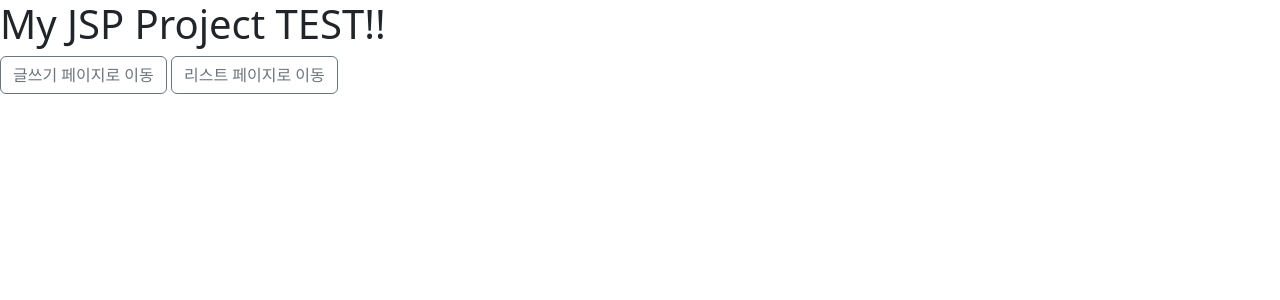
Repository: dlfhrrl12/jsptest
Page: http://localhost/jsp_study2/index.jsp
An editor plug-in stored every save of this project. The page is shown before and after the next save, followed by the edit.
The browser window is 1280 px wide. The pictures show the whole page.
The page is served by Tomcat 9.

Above is the page before, as saved 2024-04-17 01:01:55.

After the next save:
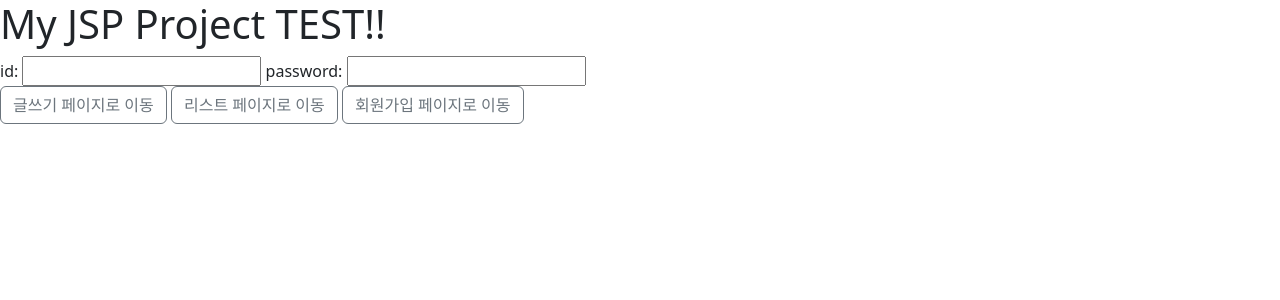
Saved 9 min 58 s later.
--- a/jsp_study2/src/main/webapp/index.jsp
+++ b/jsp_study2/src/main/webapp/index.jsp
@@ -10,7 +10,17 @@
 </head>
 <body>
 	<h1>My JSP Project TEST!!</h1>
+	<!--
+		method get => 주소표시줄에 ? 쿼리시트링을 달고 이동
+		method post => 별도의 저장공간에 담아서 이동 (보안, 많은 데이터를 이동시)
+	 -->
+	 <form action="" method="post">
+	 id: <input type="text" name="id">
+	 password: <input type="password" name="pwd">
+	 </form>
+
 	<a href="/brd/register"> <button type="button" class="btn btn-outline-secondary"> 글쓰기 페이지로 이동</button></a>
 	<a href="/brd/list"> <button type="button" class="btn btn-outline-secondary">리스트 페이지로 이동 </button></a>
+	<a href="/brd/list"> <button type="button" class="btn btn-outline-secondary">회원가입 페이지로 이동 </button></a>
 </body>
 </html>
